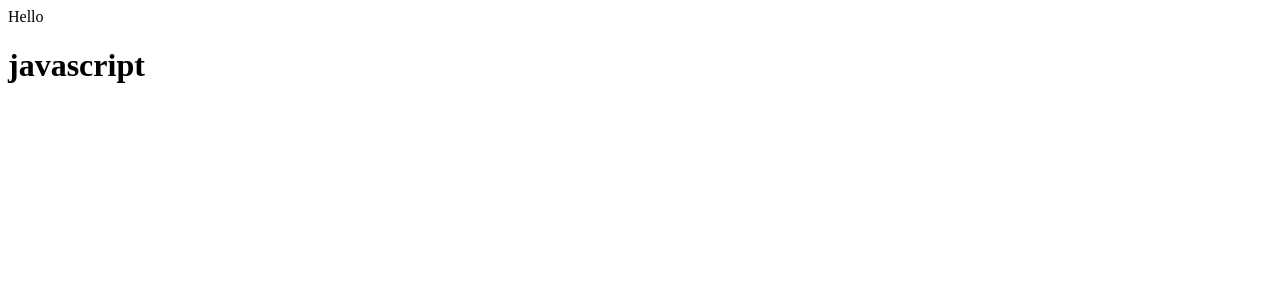
Repository: Dalso13/workspace
Page: workspace_exam/Test_1/WebContent/03_javascript/00_javascript.html
These files come from the project's save history. The page is drawn as it stood at one moment and after the next save; the edit follows.
The browser window is 1280 px wide. The pictures show the whole page.

Above is the page before, as saved 2023-03-16 02:33:39.

After the next save:
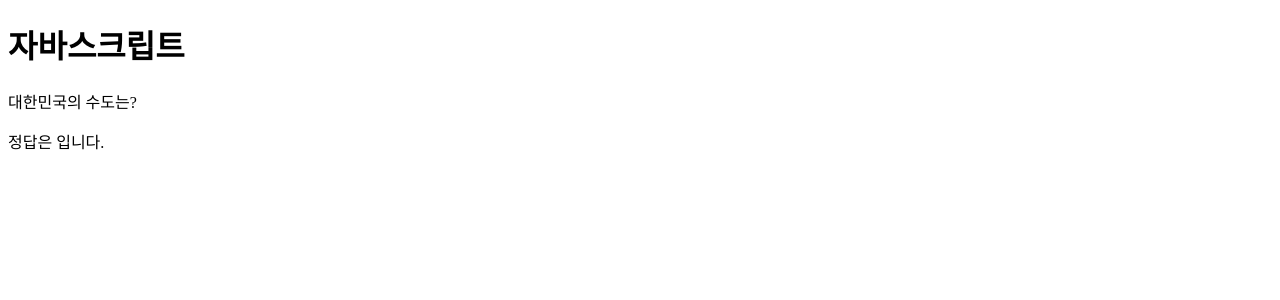
Saved 94 s later.
--- a/workspace_exam/Test_1/WebContent/03_javascript/00_javascript.html
+++ b/workspace_exam/Test_1/WebContent/03_javascript/00_javascript.html
@@ -8,20 +8,22 @@
 	//window.alert("Hello! Javascript!!"); //window문구는 생략가능. 중요!
 
 	//2. 출력2. 콘솔창에 출력하기
-	console.log("Hello Javascript World"); //데이터 확인을 목적으로 쓰고 사용. 중요!
+	//console.log("Hello Javascript World"); //데이터 확인을 목적으로 쓰고 사용. 중요!
 
 	//3. 출력3. 브라우저 화면에 출력하기
-	document.write("Hello");
-	document.write("<h1>");
-	document.write("javascript");
-	document.write("</h1>");       //body 태그 내용에 사용하는 것처럼 head에서 사용. document문서를의미
+	//document.write("Hello");
+	//document.write("<h1>");
+	//document.write("javascript");
+	//document.write("</h1>");       //body 태그 내용에 사용하는 것처럼 head에서 사용. document문서를의미
 
 
 
 </script>
 </head>
 <body>
-
+	<h1>자바스크립트</h1>
+	<p>대한민국의 수도는?</p>
+	<p>정답은 <span id="answer"></span>입니다. </p>
 
 
 </body>
